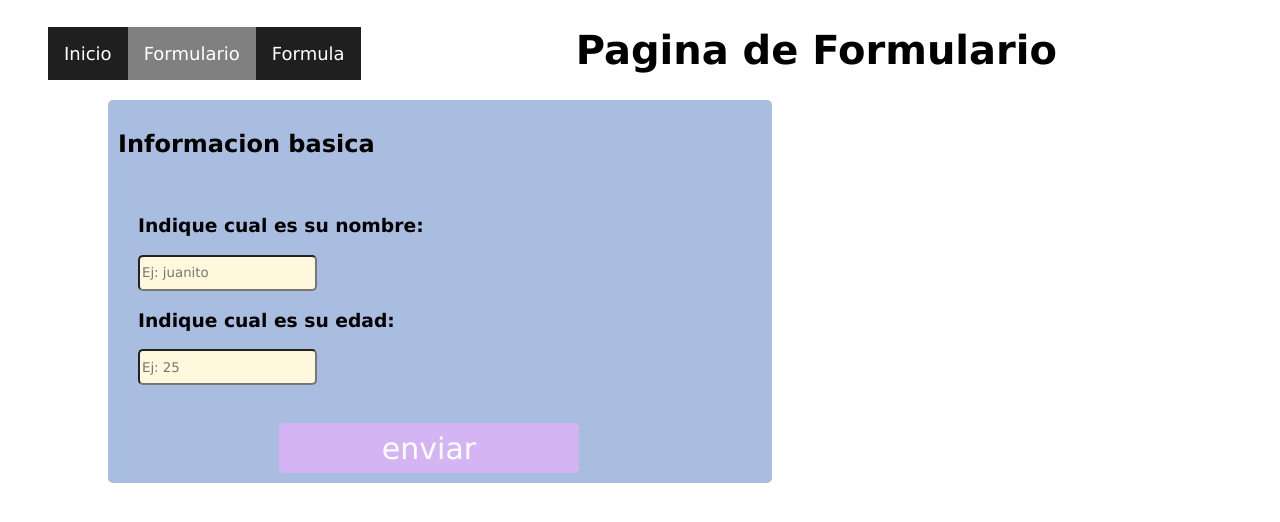
Repository: misterySnow94/tutoriales
Page: pagina basica/formulario.html
An editor plug-in stored every save of this project. The page is shown before and after the next save, followed by the edit.
The browser window is 1280 px wide. The pictures show the whole page.
The pointer rests on the first visible `button`.

Above is the page before, as saved 2019-11-03 23:57:28.

After the next save:
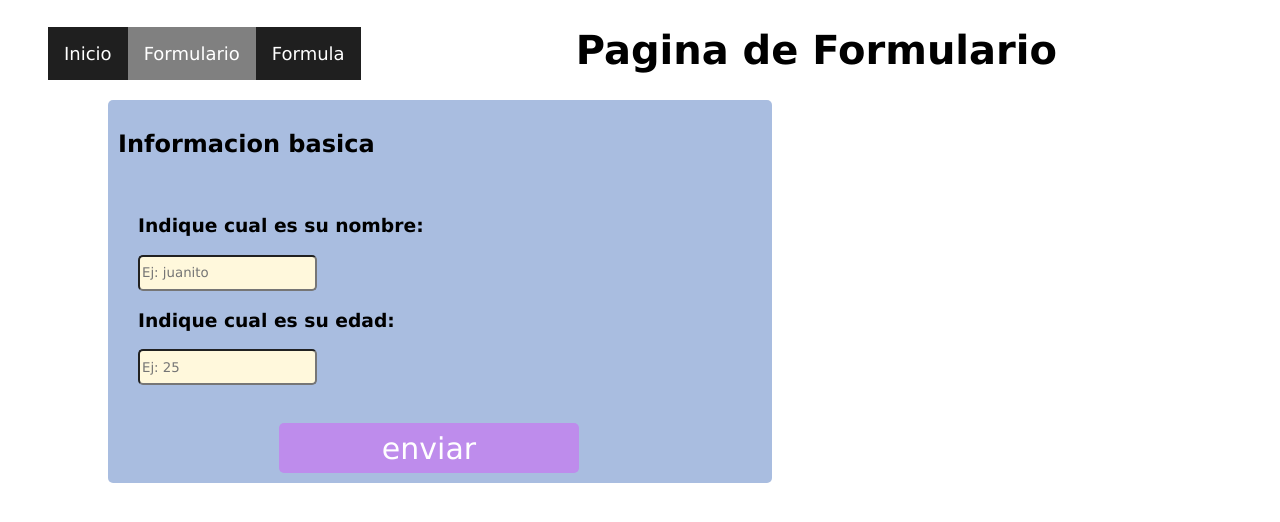
Saved 8 s later.
--- a/pagina basica/css/style.css
+++ b/pagina basica/css/style.css
@@ -60,5 +60,5 @@ button{
 }
 
 button:hover{
-    background-color: rgb(213, 180, 243);
+    background-color: rgb(190, 140, 236);
 }
